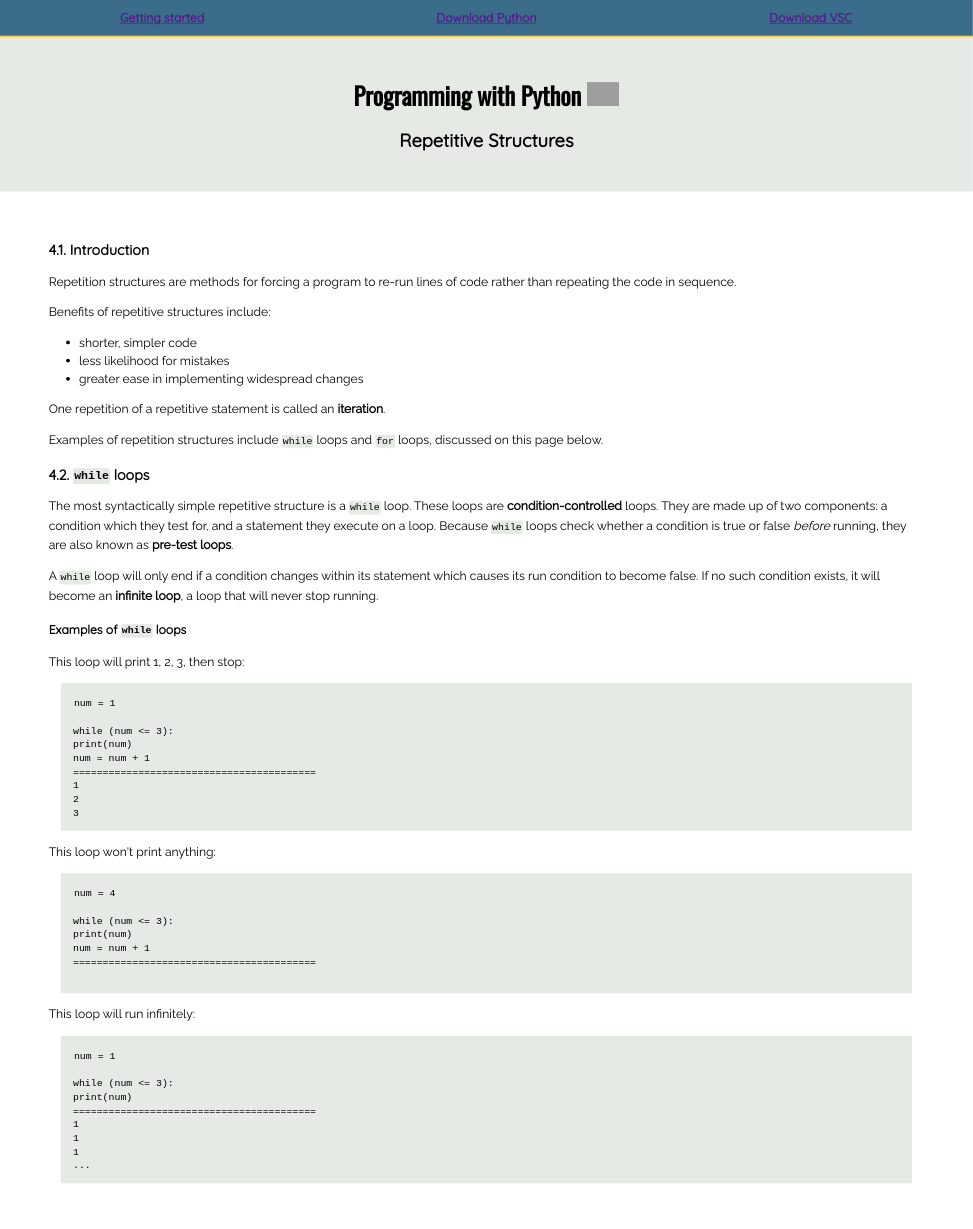
Repository: emnharris/FreeCodeCampChallenges
Page: responsive-web-design/technical-documentation-page/python-tutorial.html
These files come from the project's save history. The page is drawn as it stood at one moment and after the next save; the edit follows.
The browser window is 1280 px wide. The pictures show the whole page, at 76% of full size.
Pictures or frames that could not be fetched are drawn as grey boxes.

Above is the page before, as saved 2020-04-16 16:18:08.

### responsive-web-design/technical-documentation-page/python-tutorial.html
<!DOCTYPE html>
<html>
    <head>
        <!--Import fonts-->
        <link href="https://fonts.googleapis.com/css2?family=Oswald&family=Quicksand&family=Raleway&display=swap" rel="stylesheet">

        <!--Import stylesheet-->
        <link rel="stylesheet" type="text/css" href="python-tutorial.css">
    </head>

    <body>
        <title>
            Programming with Python: Repetition Structures
        </title>
        <navbar id="navbar">
            <h2><a href="">Getting started</a></h2>
            <h2><a href="">Download Python</a></h2>
            <h2><a href="">Download VSC</a></h2>
        </navbar>
        <header>
            <h1>Programming with Python
            <img src="https://www.stickpng.com/assets/images/5848152fcef1014c0b5e4967.png" alt="python logo" id="logo"></h1>
            <h2>Repetitive Structures</h2>

        </header>
        <main>
            <section id="intro">
                <h3>4.1. Introduction </h3>
                <p>Repetition structures are methods for forcing a program to re-run lines of code rather than repeating the code in sequence.</p>

                <p>Benefits of repetitive structures include:</p>
                <ul>
                    <li>shorter, simpler code</li>
                    <li>less likelihood for mistakes</li>
                    <li>greater ease in implementing widespread changes</li>
                </ul>

                <p>One repetition of a repetitive statement is called an <b>iteration</b>.</p>

                <p>Examples of repetition structures include <code>while</code> loops and <code>for</code> loops, discussed on this page below.</p>
            </section>
            <section id="4.2">
                <h3>4.2. <code>while</code> loops</h3>
                <p>The most syntactically simple repetitive structure is a <code>while</code> loop. These loops are <b>condition-controlled</b> loops. They are made up of two components: a condition which they test for, and a statement they execute on a loop. Because <code>while</code> loops check whether a condition is true or false <i>before</i> running, they are also known as <b>pre-test loops</b>.</p>

                <p>A <code>while</code> loop will only end if a condition changes within its statement which causes its run condition to become false. If no such condition exists, it will become an <b>infinite loop</b>, a loop that will never stop running.</p>

                <h4>Examples of <code>while</code> loops</h4>

                <p>This loop will print 1, 2, 3, then stop:</p>
                <div id="code-block">
                    <code>
                        num = 1
                        <br>
                        <br>while (num <= 3):
                        <br>    print(num)
                        <br>    num = num + 1
                        <br>=========================================
                        <br>1
                        <br>2
                        <br>3
                    </code>
                </div>

                <p>This loop won't print anything:</p>
                <div id="code-block">
                    <code>
                        num = 4
                        <br>
                        <br>while (num <= 3):
                        <br>    print(num)
                        <br>    num = num + 1
                        <br>=========================================
                        <br>
                        <br>
                    </code>
                </div>
                <p>This loop will run infinitely:</p>
                <div id="code-block">
                    <code>
                        num = 1
                        <br>
                        <br>while (num <= 3):
                        <br>    print(num)
                        <br>=========================================
                        <br>1
                        <br>1
                        <br>1
                        <br>...
                    </code>
                </div>
            </section>
        </main>
    </body>
</html>

### responsive-web-design/technical-documentation-page/python-tutorial.css
code {
    background-color: rgb(229, 234, 229);
    padding: .1em;
    border-radius: 10%;
}
#code-block {
    background-color: rgb(229, 234, 229);
    padding: 1em;
    width: auto;
    margin: 1em;
}
body {
    margin: 0px;
}
main {
    margin: 5%;
}
h1 {
    font-family: 'Oswald', sans-serif;
    text-align: center;
}
h2 {
    font-family: 'Quicksand', sans-serif;
    text-align: center;
}
h3, h4 {
    font-family: 'Quicksand', sans-serif;
}
p, li {
    font-family: 'Raleway', sans-serif;
    line-height: 1.5em;
}
/* navbar styling */
#navbar {
    background-color: rgb(60, 108, 140);
    display: grid;
    grid-template-columns: 1fr 1fr 1fr;
    align-items: center;
    text-align: center;
    border-bottom: rgb(252, 211, 68) 2px solid;
}

#navbar > h2 {
    font-size: 1em;
    color: white;
}

#navbar > a {
    text-decoration: none;
    color: white;
}

#navbar > a:hover {
    text-decoration: underline;
}

/* header styling */
header {
    background-color: rgb(229, 234, 229);
    padding: 2em;
}
#logo {
    height: 1em;
    width: auto;
}

After the next save:
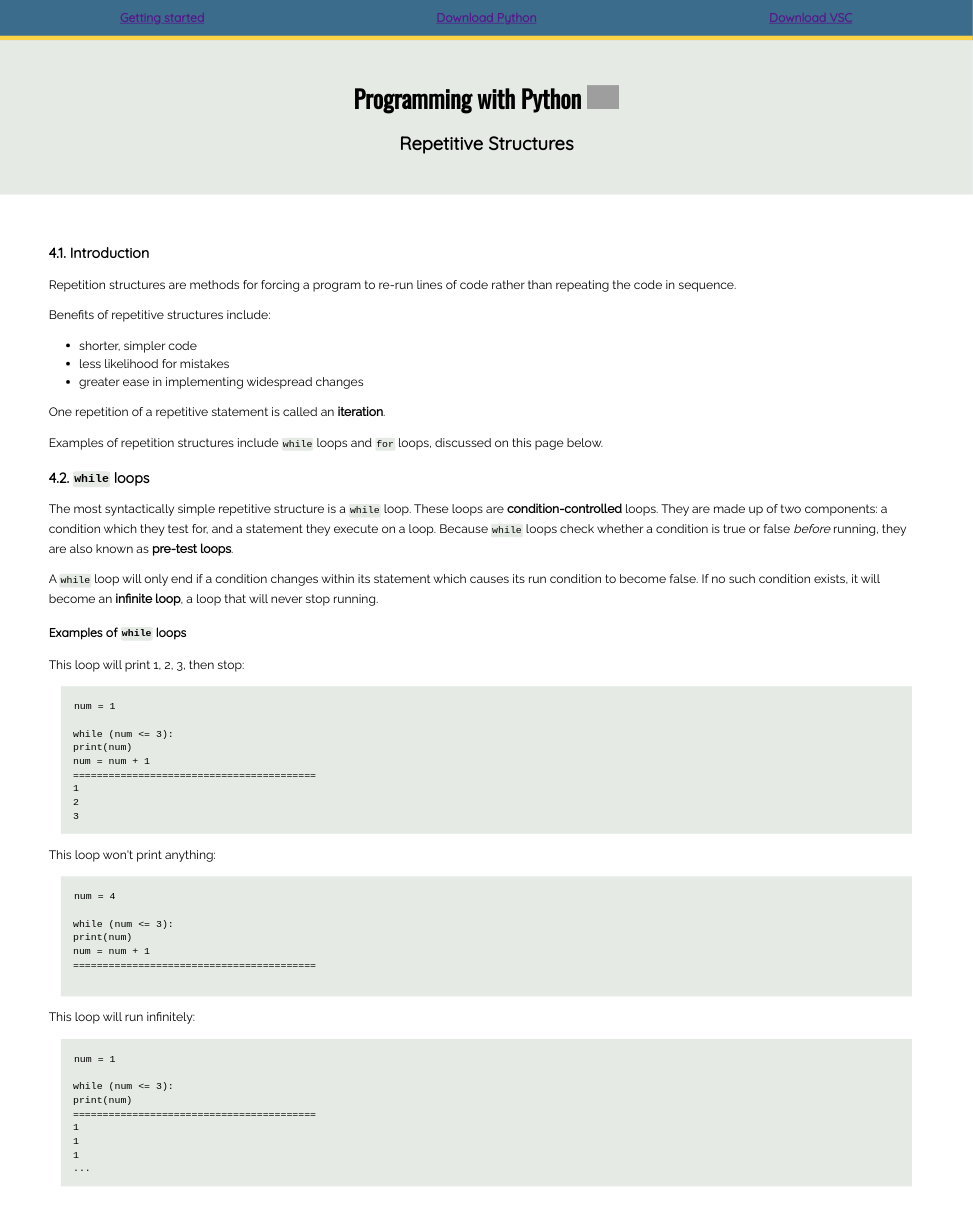
Saved 10 s later.
--- a/responsive-web-design/technical-documentation-page/python-tutorial.css
+++ b/responsive-web-design/technical-documentation-page/python-tutorial.css
@@ -37,7 +37,7 @@ p, li {
     grid-template-columns: 1fr 1fr 1fr;
     align-items: center;
     text-align: center;
-    border-bottom: rgb(252, 211, 68) 2px solid;
+    border-bottom: rgb(252, 211, 68) 6px solid;
 }
 
 #navbar > h2 {
